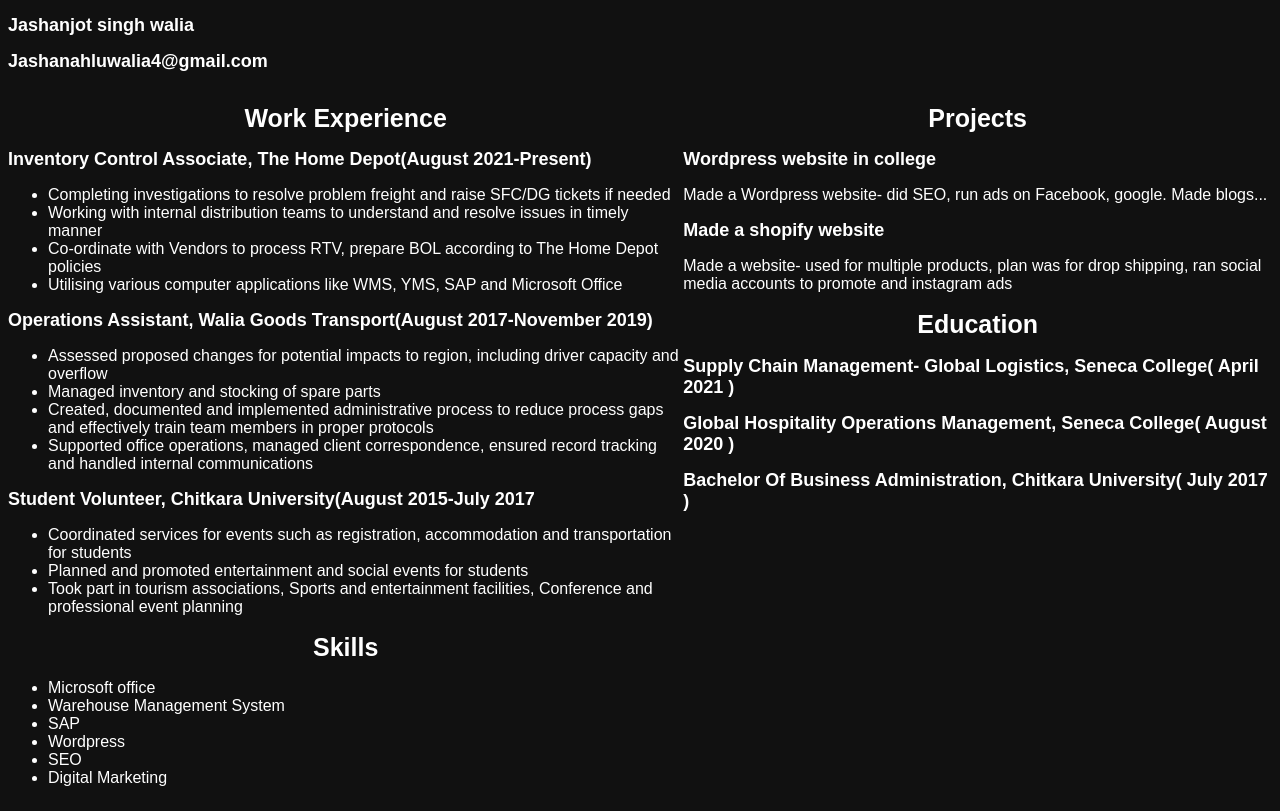
Repository: jashn13/portfolio
Page: index.html
An editor plug-in stored every save of this project. The page is shown before and after the next save, followed by the edit.
The browser window is 1280 px wide. The pictures show the whole page.

Above is the page before, as saved 2021-11-13 08:29:55.

### index.html
<!DOCTYPE html>
<html>
  <head>
    <style>
      h1 {
        text-align: center;
        font-size: 25px;
      }
      h2 {
        text-align: left;
        font-size: 18px;
      }

      body {
        font-family: Arial;
        color: white;
        background-color: #111;
      }

      .centered {
        position: absolute;
        top: 50%;
        left: 50%;
        transform: translate(-50%, -50%);
        text-align: center;
      }
    </style>
  </head>
  <body>
    <h2>Jashanjot singh walia</h2>
    <h2>Jashanahluwalia4@gmail.com</h2>
    <div style="display: flex;">
      <div class="split left">
        <h1>Work Experience</h1>
        <h2>
          Inventory Control Associate, The Home Depot(August 2021-Present)
        </h2>
        <ul>
          <li>
            Completing investigations to resolve problem freight and raise
            SFC/DG tickets if needed
          </li>
          <li>
            Working with internal distribution teams to understand and resolve
            issues in timely manner
          </li>
          <li>
            Co-ordinate with Vendors to process RTV, prepare BOL according to
            The Home Depot policies
          </li>
          <li>
            Utilising various computer applications like WMS, YMS, SAP and
            Microsoft Office
          </li>
        </ul>
        <h2>
          Operations Assistant, Walia Goods Transport(August 2017-November 2019)
        </h2>
        <ul>
          <li>
            Assessed proposed changes for potential impacts to region, including
            driver capacity and overflow
          </li>
          <li>Managed inventory and stocking of spare parts</li>
          <li>
            Created, documented and implemented administrative process to reduce
            process gaps and effectively train team members in proper protocols
          </li>
          <li>
            Supported office operations, managed client correspondence, ensured
            record tracking and handled internal communications
          </li>
        </ul>

        <h2>Student Volunteer, Chitkara University(August 2015-July 2017</h2>
        <ul>
          <li>
            Coordinated services for events such as registration, accommodation
            and transportation for students
          </li>
          <li>
            Planned and promoted entertainment and social events for students
          </li>
          <li>
            Took part in tourism associations, Sports and entertainment
            facilities, Conference and professional event planning
          </li>
        </ul>
        <h1>Skills</h1>
        <ul>
          <li>Microsoft office</li>
          <li>Warehouse Management System</li>
          <li>SAP</li>
          <li>Wordpress</li>
          <li>SEO</li>
          <li>Digital Marketing</li>
        </ul>
      </div>

      <div class="split right">
        <h1>Projects</h1>
        <h2>Wordpress website in college</h2>
        <p>
          Made a Wordpress website- did SEO, run ads on Facebook, google. Made
          blogs...
        </p>
        <h2>Made a shopify website</h2>
        <p>
          Made a website- used for multiple products, plan was for drop
          shipping, ran social media accounts to promote and instagram ads
        </p>
        <h1>Education</h1>
        <h2>
          Supply Chain Management- Global Logistics, Seneca College( April 2021
          )
        </h2>
        <h2>
          Global Hospitality Operations Management, Seneca College( August 2020
          )
        </h2>
        <h2>
          Bachelor Of Business Administration, Chitkara University( July 2017 )
        </h2>
      </div>
    </div>
  </body>
</html>

After the next save:
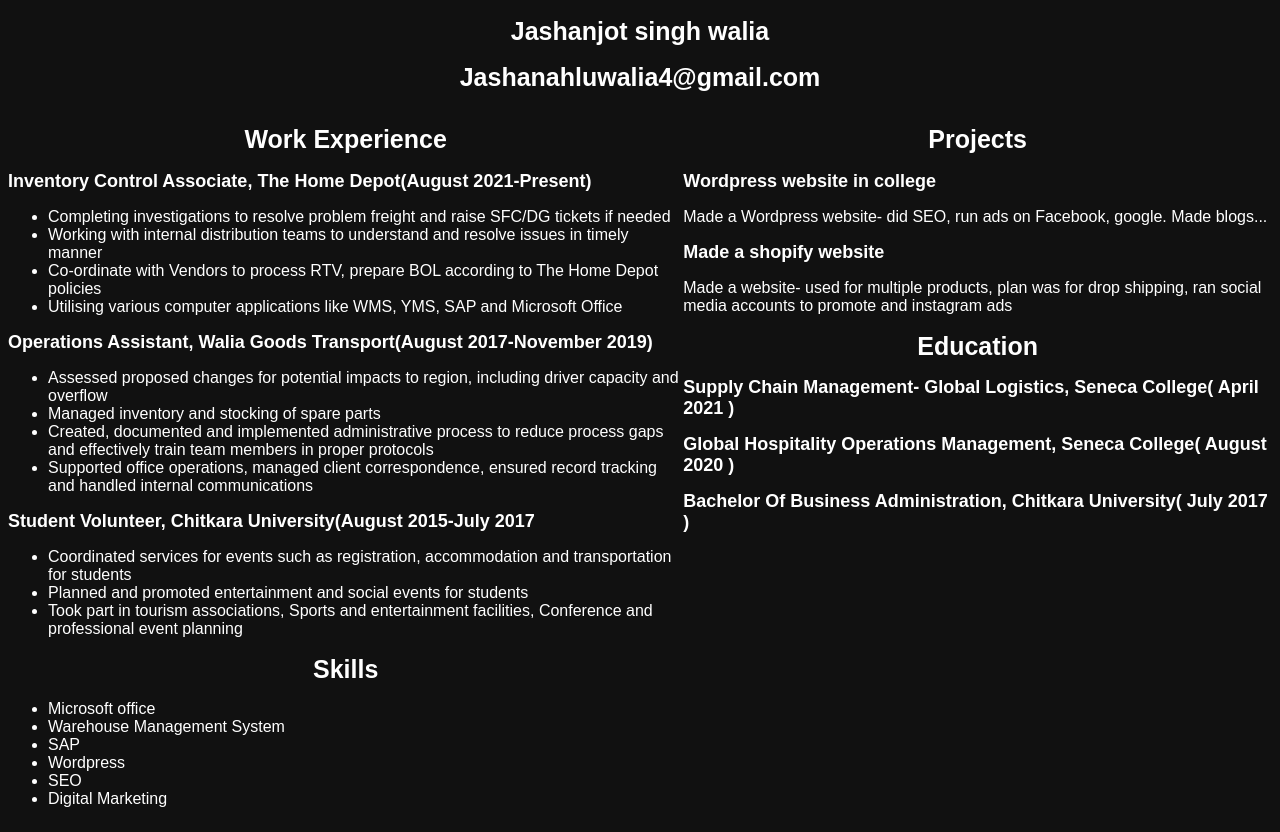
Saved 9 s later.
--- a/index.html
+++ b/index.html
@@ -27,8 +27,8 @@
     </style>
   </head>
   <body>
-    <h2>Jashanjot singh walia</h2>
-    <h2>Jashanahluwalia4@gmail.com</h2>
+    <h1>Jashanjot singh walia</h1>
+    <h1>Jashanahluwalia4@gmail.com</h1>
     <div style="display: flex;">
       <div class="split left">
         <h1>Work Experience</h1>
